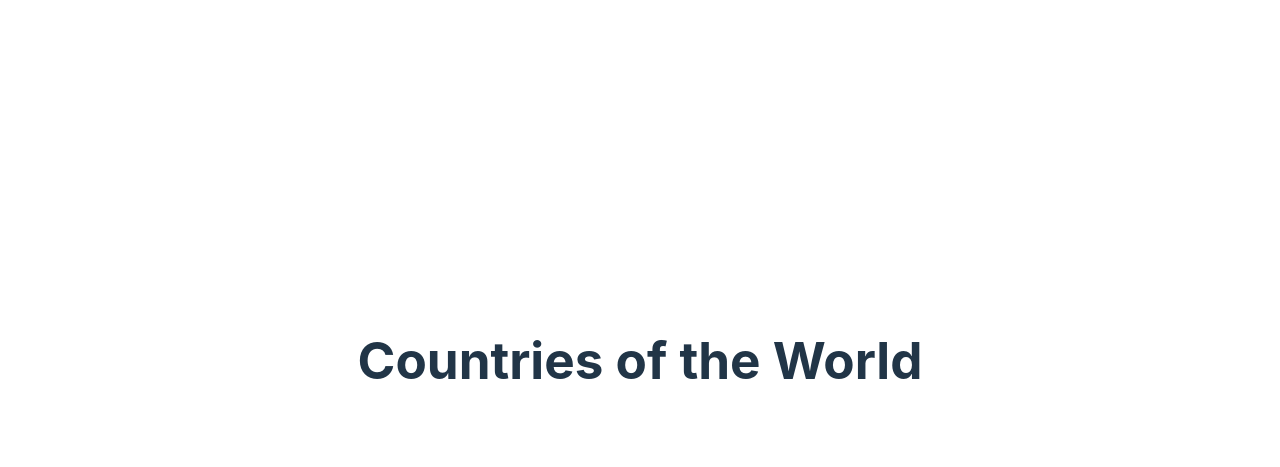
Repository: Vanessahyc/COMP3170_Lab06
Page: /
These files come from the project's save history. The page is drawn as it stood at one moment and after the next save; the edit follows.
The browser window is 1280 px wide. The pictures show the whole page.
The page's requests for data from a server got no answer. The project was rebuilt for these pictures with package versions that can differ from the ones it lists, and the page was loaded fresh each time. No one was signed in, and anything a server would have sent is missing. Also part of the build but not shown: vite.config.js, src/components/Country.jsx.

Above is the page before, as saved 2024-11-14 16:21:59.

After the next save:
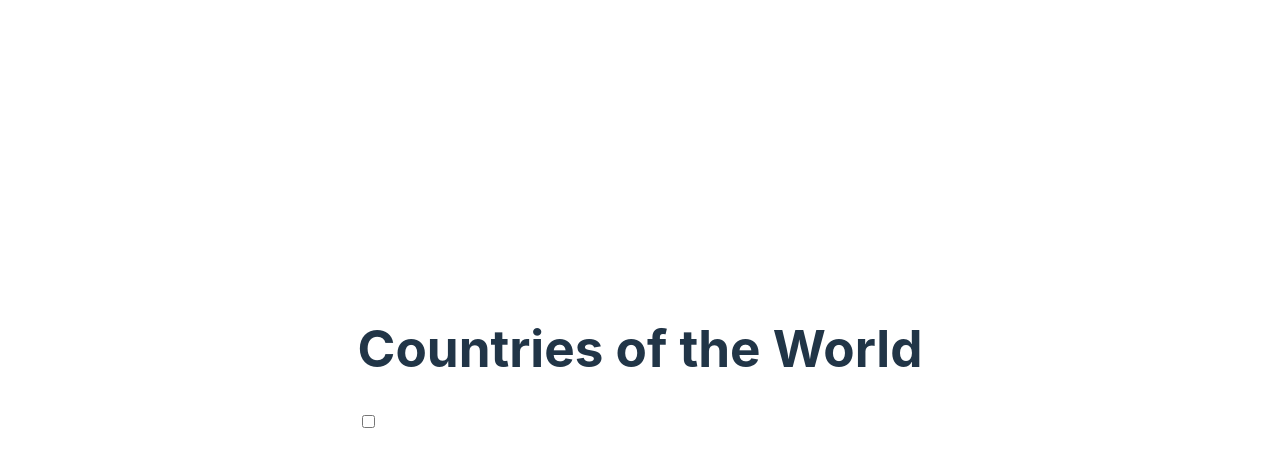
Saved 31 s later.
--- a/src/App.jsx
+++ b/src/App.jsx
@@ -22,7 +22,9 @@ function App() {
     <div>
       <h1>Countries of the World</h1>
       <div>
-
+        <div>
+          <input type='checkbox'/>
+        </div>
       </div>
       <Countries countries={countries}/>
     </div>
